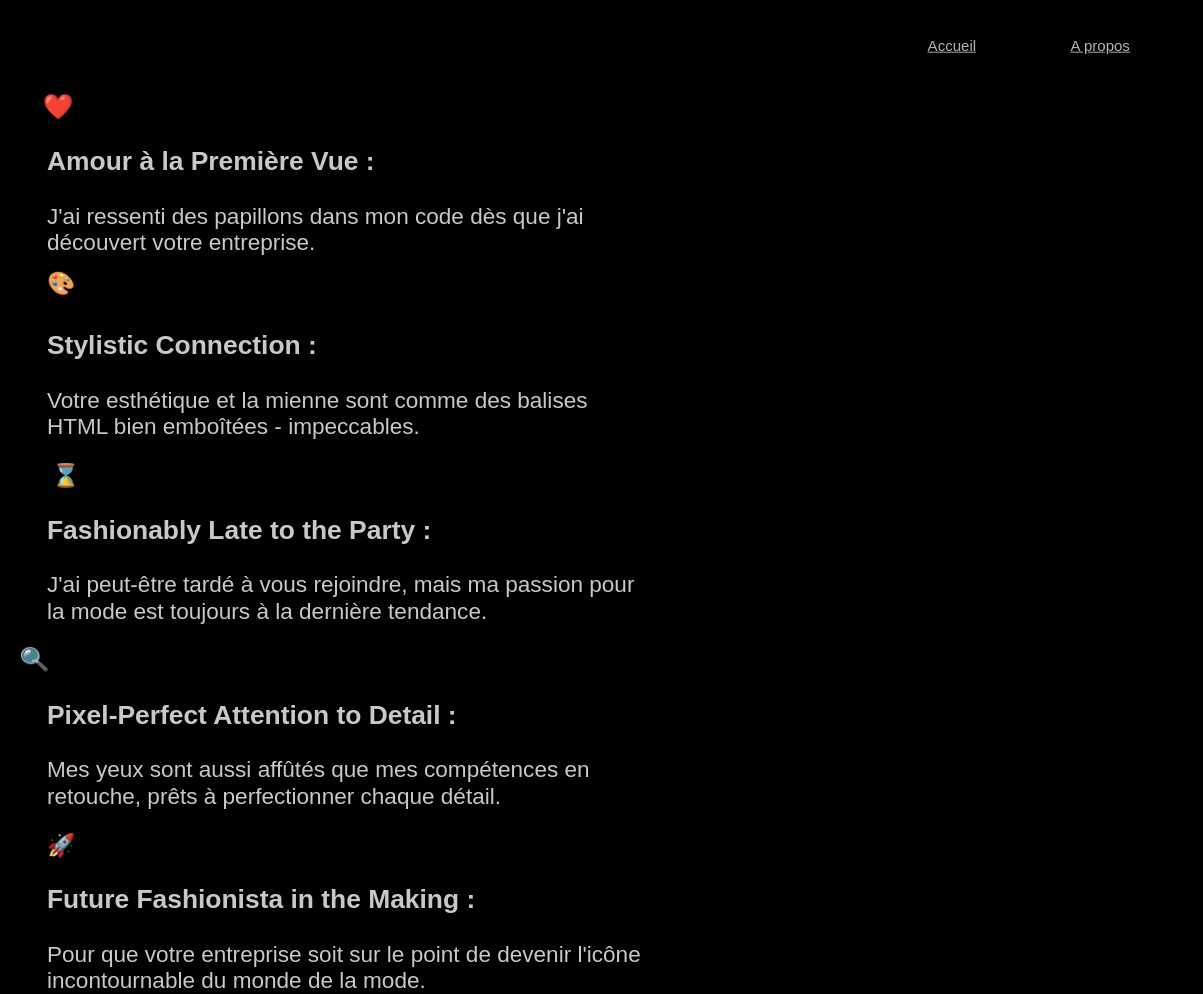
Repository: inessben/application
Page: company/company.html
An editor plug-in stored every save of this project. The page is shown before and after the next save, followed by the edit.
The browser window is 1280 px wide. The pictures show the whole page, at 94% of full size.

Above is the page before, as saved 2023-12-04 03:07:03.

### company/company.html
<!DOCTYPE html>
<html lang="en">
<head>
    <meta charset="UTF-8">
    <meta name="viewport" content="width=device-width, initial-scale=1.0">
    <!-- generate the icon -->
    <link rel="apple-touch-icon" sizes="180x180" href="/favicon/apple-touch-icon.png">
    <link rel="icon" type="image/png" sizes="32x32" href="/favicon/favicon-32x32.png">
    <link rel="icon" type="image/png" sizes="16x16" href="/favicon/favicon-16x16.png">
    <link rel="manifest" href="/favicon/site.webmanifest">
    <link rel="mask-icon" href="/favicon/safari-pinned-tab.svg" color="#5bbad5">
    <meta name="msapplication-TileColor" content="#da532c">
    <!--  -->
    <meta name="theme-color" content="#ffffff">
    <title>#slowlyApplication</title>
    <link rel="stylesheet" href="company.css">
    <style>
        body {
            font-family: 'Arial', sans-serif;
        }

        #sentences {
            opacity: 0;
            transition: opacity 0.5s ease-in-out;
        }

        .visible {
            opacity: 1;
        }
    </style>
</head>
<body>
    <section id="nav-header">
        <header class="links">
            <a href="/index.html" class="link">Accueil</a>
            <a href="/about/about.html" class="link">A propos</a>
        </header>
    </section>

    <section id="creative-section">
        <section class="sentences" id="heart-sentence">
            <div id="heart-animation">❤️</div>
            <h3>Amour à la Première Vue :</h3>
            <p>J'ai ressenti des papillons dans mon code dès que j'ai découvert votre entreprise.</p>
        </section>

        <section class="sentences" id="stylistic-connection-sentence">
            <div id="stylistic-connection-animation">🎨</div>
            <h3>Stylistic Connection :</h3>
            <p>Votre esthétique et la mienne sont comme des balises HTML bien emboîtées - impeccables.</p>
        </section>

        <section class="sentences" id="fashionably-late-sentence">
            <div id="fashionably-late-animation">⌛</div>
            <h3>Fashionably Late to the Party :</h3>
            <p>J'ai peut-être tardé à vous rejoindre, mais ma passion pour la mode est toujours à la dernière tendance.</p>
        </section>

        <section class="sentences" id="pixel-perfect-sentence">
            <div id="pixel-perfect-animation">🔍</div>
            <h3>Pixel-Perfect Attention to Detail :</h3>
            <p>Mes yeux sont aussi affûtés que mes compétences en retouche, prêts à perfectionner chaque détail.</p>
        </section>

        <section class="sentences" id="future-fashionista-sentence">
            <div id="future-fashionista-animation">🚀</div>
            <h3>Future Fashionista in the Making :</h3>
            <p>Pour que votre entreprise soit sur le point de devenir l'icône incontournable du monde de la mode.</p>
        </section>
    </section>

    <footer>
        <p>© Iness Ben Aïssa - All rights reversed. Because who needs more rights anyway?</p>
    </footer>

    <script>
        document.addEventListener("DOMContentLoaded", function() {
            var sentences = document.querySelectorAll('.sentences');
            var currentSentenceIndex = 0;

            function displayNextSentence() {
                if (currentSentenceIndex < sentences.length) {
                    sentences[currentSentenceIndex].classList.add('visible');
                    currentSentenceIndex++;
                }
            }

            document.body.addEventListener('keydown', function(event) {
                if (event.code === 'Space') {
                    displayNextSentence();
                }
            });

            // Trigger the first sentence on page load
            displayNextSentence();
        });
    </script>
</body>
</html>

### company/company.css
@font-face {
    font-family: "Jolley";
    src: url("/fonts/jolley.woff");
    }

@font-face {
    font-family: "Base Neue";
    src: url("/fonts/base-neue.ttf");
    }

::-webkit-scrollbar {
    width: 8px;
    }

::-webkit-scrollbar-track {
    background-color: #000;
    }

::-webkit-scrollbar-thumb {
    background-color: #4b4b4b;
    border-radius: 4px;
    }

::-webkit-scrollbar-thumb:hover {
    opacity: 0.7;
    }

html {
    scroll-behavior: smooth;
    }

body {
font-family: "Base Neue";
    margin: 0;
    margin-left: 50px;
    padding: 0;
    display: flex;
    align-items: center;
    justify-content: center;
    height: 100vh;
    background-color: #000000;
    color: #c8c8c8;
    font-size: 24px;
    }

#nav-header {
        position: absolute;
        top: 30px;
        right: 20px;
        font-size: 16px;
        font-weight: 500;
        padding: 10px;
    }

.link {
    padding: 8px;
    text-decoration: #b3b3b3 underline;
    color: #b3b3b3;
    margin: auto 40px;
    }

.link:hover {
        opacity: 0.7;
    }

#creative-section{
    position: relative;
    height: 100vh;
    top: 100px;
}

#heart-animation {
    width: 100px;
    animation: heartbeat 1.5s infinite;
    }

#stylistic-connection-animation {
    animation: styleConnection 2s infinite alternate;
    }

#fashionably-late-animation {
    animation: fashionablyLate 1s infinite alternate;
    }

#pixel-perfect-animation {
    animation: pixelPerfect 1.5s infinite alternate;
    }

#future-fashionista-animation {
    animation: futureFashionista 2s infinite alternate;
    }

@keyframes heartbeat {
    0%, 100% {
    transform: scale(1);
    }
    50% {
    transform: scale(1.1);
    }
}

@keyframes styleConnection {
    0% {
    transform: translateY(0);
    }
    100% {
    transform: translateY(-10px);
    }
}

@keyframes fashionablyLate {
    0% {
    transform: translateX(0);
    }
    100% {
    transform: translateX(5px);
    }
}

@keyframes pixelPerfect {
    0% {
    transform: scaleX(1);
    }
    100% {
    transform: scaleX(1.1);
    }
}

@keyframes futureFashionista {
    0% {
    opacity: 0.8;
    }
    100% {
    opacity: 1;
    }
}

/* footer{ */
    /* position: relative; */
    /* top: -900px; */
    /* align-items: center; */
    /* justify-content: center; */
    /* display: flex; */
    /* font-size: 18px; */
    /* align-items: center; */
    /* justify-content: center; */
    /* } */

footer{
    position: relative;
    bottom: 550px;
    display: flex;
    font-size: 20px;
    width: 80vw;
    align-items: center;
    justify-content: center;
    }

After the next save:
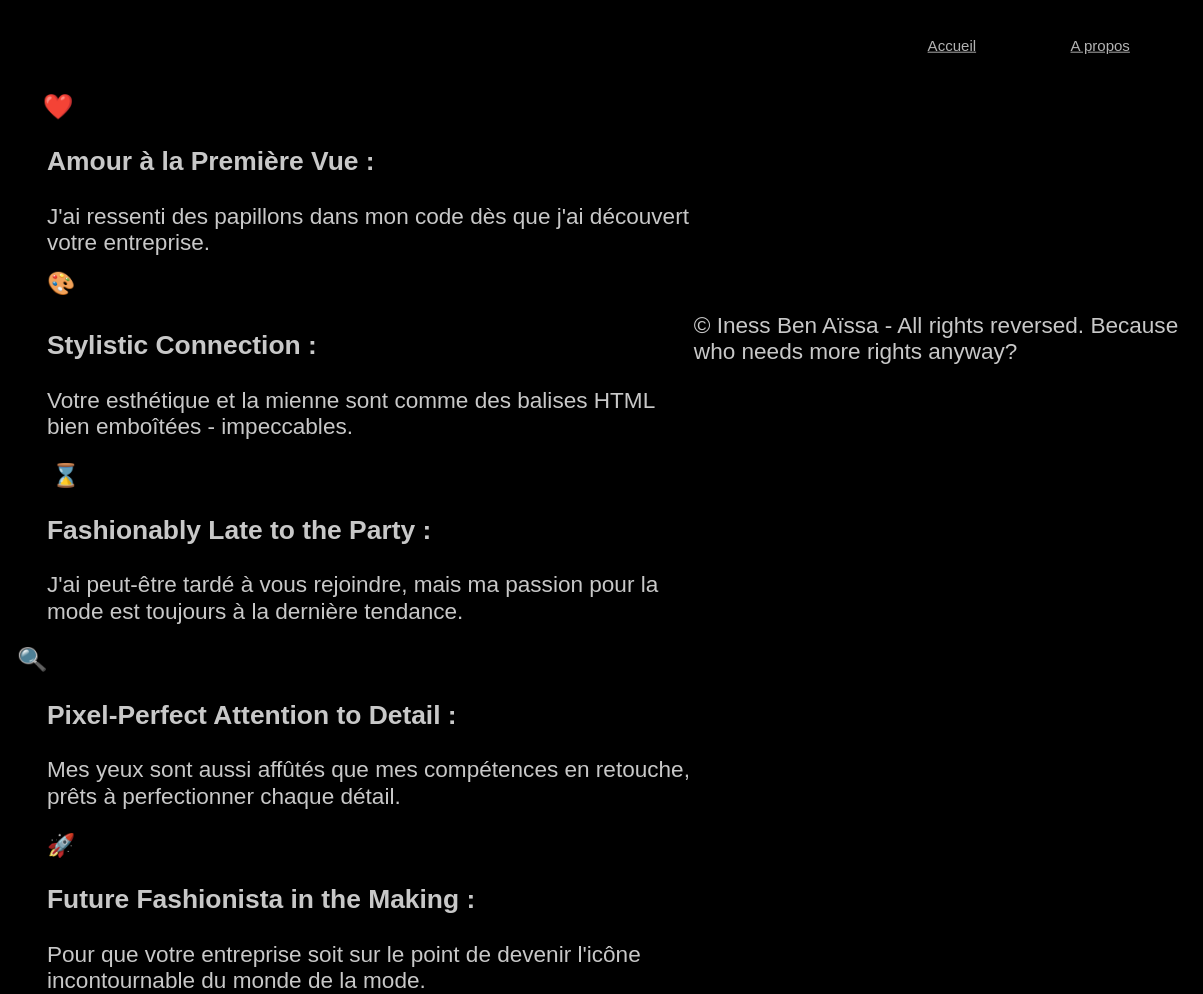
Saved 23 s later.
--- a/company/company.css
+++ b/company/company.css
@@ -134,24 +134,3 @@ font-family: "Base Neue";
     opacity: 1;
     }
 }
-
-/* footer{ */
-    /* position: relative; */
-    /* top: -900px; */
-    /* align-items: center; */
-    /* justify-content: center; */
-    /* display: flex; */
-    /* font-size: 18px; */
-    /* align-items: center; */
-    /* justify-content: center; */
-    /* } */
-
-footer{
-    position: relative;
-    bottom: 550px;
-    display: flex;
-    font-size: 20px;
-    width: 80vw;
-    align-items: center;
-    justify-content: center;
-    }
